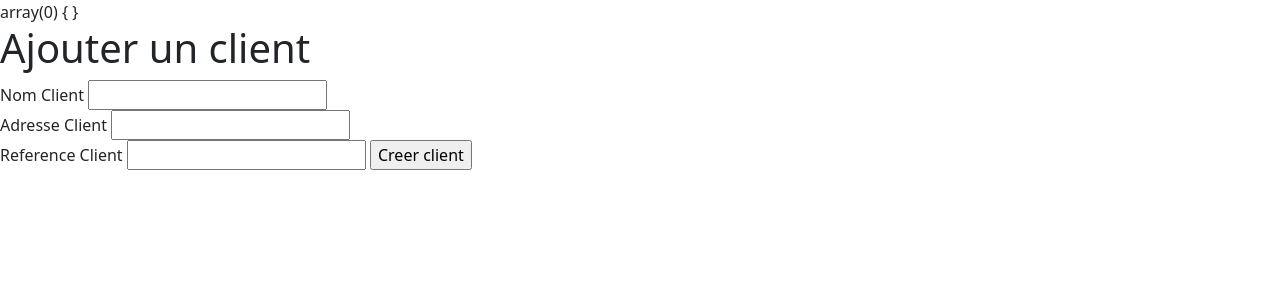
Repository: Elie-Dey/airblio
Page: http://localhost/test.php
An editor plug-in stored every save of this project. The page is shown before and after the next save, followed by the edit.
The browser window is 1280 px wide. The pictures show the whole page.
The page is run by PHP 8.4 with error messages shown; the project is at /var/www/html/.

Above is the page before, as saved 2022-03-26 02:11:58.

After the next save:
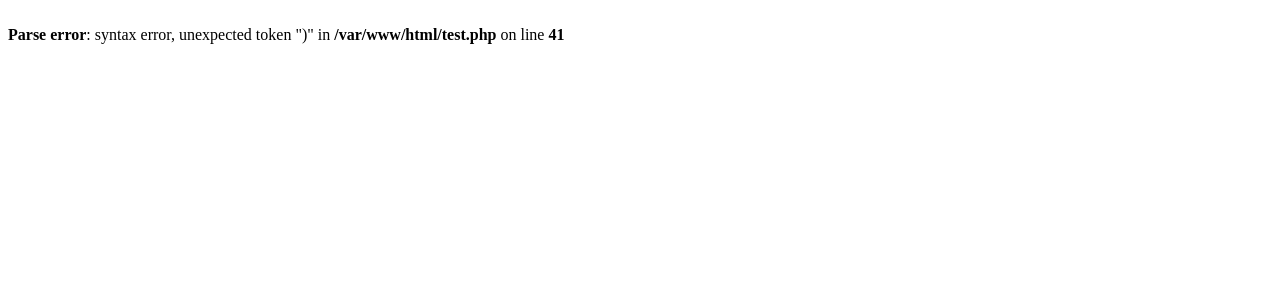
Saved 98 s later.
--- a/test.php
+++ b/test.php
@@ -36,7 +36,11 @@
       //On va se connecter à la base
 
       try{
+        //On instancie PDO
 
+          $db = new PDO($dsn, DBUSER? DBPASS);
+
+          echo "On est connectés";
       }catch(PDOException $e){
           die($e->getMessage());
       }

After the save that followed:
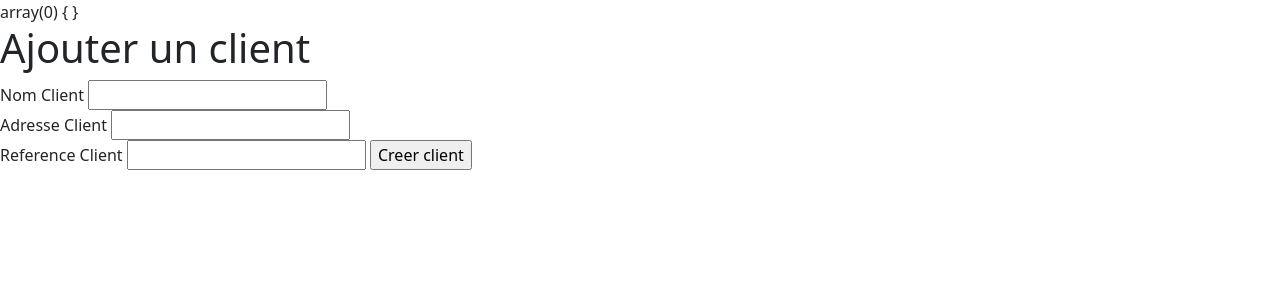
Saved 35 s later.
--- a/test.php
+++ b/test.php
@@ -38,7 +38,7 @@
       try{
         //On instancie PDO
 
-          $db = new PDO($dsn, DBUSER? DBPASS);
+          $db = new PDO($dsn, DBUSER, DBPASS);
 
           echo "On est connectés";
       }catch(PDOException $e){
